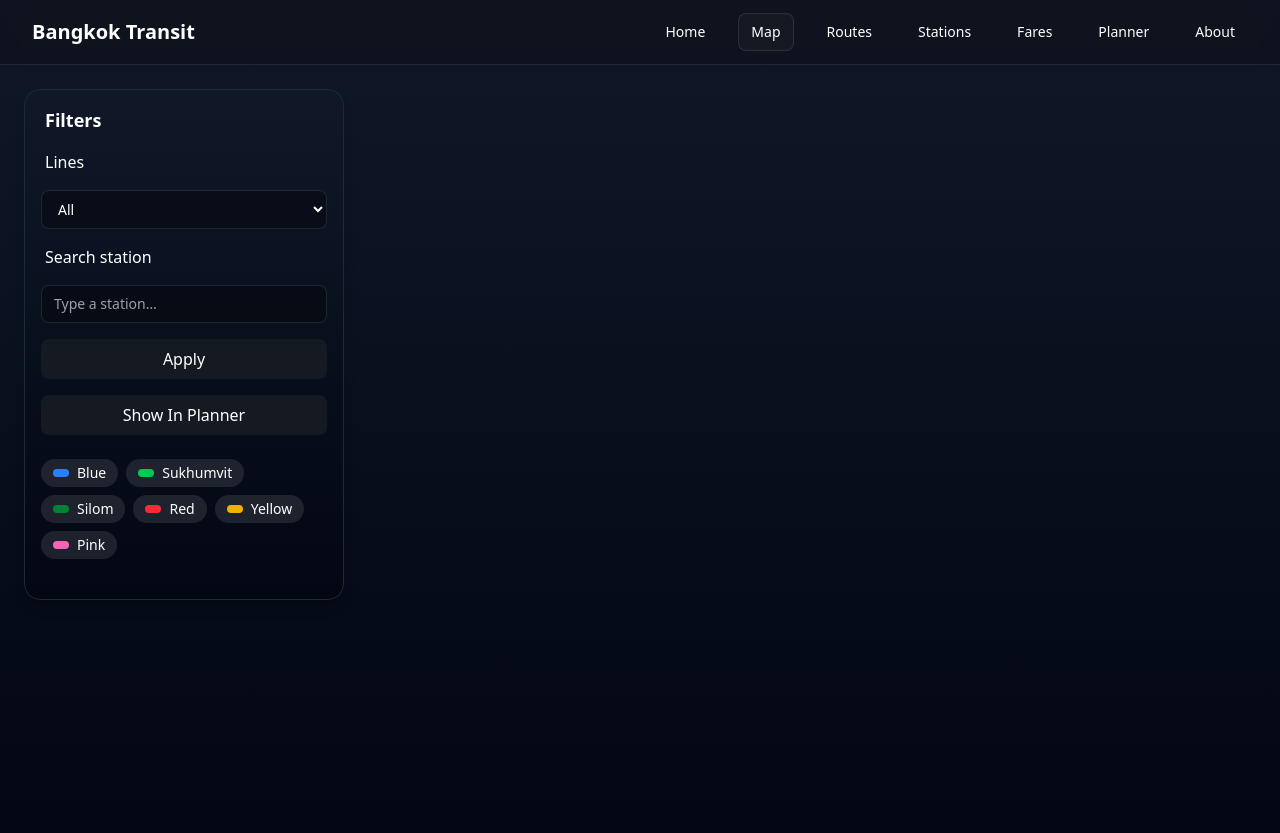
Repository: pyaestk/Bangkok-transit-map
Page: /map
An editor plug-in stored every save of this project. The page is shown before and after the next save, followed by the edit.
The browser window is 1280 px wide. The pictures show the whole page.
The project was rebuilt for these pictures with package versions that can differ from the ones it lists, and the page was loaded fresh each time. Also part of the build but not shown: vite.config.ts, src/pages/Home.tsx, src/pages/Planner.tsx, src/pages/Stations.tsx, src/pages/TrainRoutes.tsx, src/pages/Fares.tsx, src/pages/About.tsx.

Above is the page before, as saved 2025-10-04 10:32:01.

### index.html
<!doctype html>
<html lang="en">
  <head>
    <meta charset="UTF-8" />
    <link rel="icon" type="image/svg+xml" href="/vite.svg" />
    <meta name="viewport" content="width=device-width, initial-scale=1.0" />
    <title>bangkok-transit-map</title>
  </head>
  <body>
    <div id="root"></div>
    <script type="module" src="/src/main.tsx"></script>
  </body>
</html>

### src/main.tsx
import { StrictMode } from 'react'
import { createRoot } from 'react-dom/client'
import './index.css'
import App from './App.tsx'
import { BrowserRouter as Router } from 'react-router'

createRoot(document.getElementById('root')!).render(
  <StrictMode>
    <Router>
      <App />
    </Router>
  </StrictMode>,
)

### src/App.tsx
import "./App.css";
import NavBar from "./component/NavBar";
import { Routes, Route } from "react-router-dom";
import Home from "./pages/Home";
import Map from "./pages/Map";
import Planner from "./pages/Planner";
import Stations from "./pages/Stations";
import TrainRoutes from "./pages/TrainRoutes";
import Fares from "./pages/Fares";
import About from "./pages/About";


function App() {
  return (
    <div className="min-h-screen flex flex-col bg-gradient-to-b from-gray-900 to-gray-950">
      {/* Navbar at the top */}
      <NavBar />

      {/* Main content area */}
      <main className="flex-1 p-6">
        <Routes>
          <Route
            path="/"
            element={ <Home/> }
          />
          <Route
            path="/map"
            element={ <Map/> }
          />
          <Route
            path="/planner"
            element={ <Planner/>}
          />
          <Route
            path="/routes"
            element={<TrainRoutes/>}
          />
          <Route
            path="/stations"
            element={<Stations/>}
          />
          <Route
            path="/fares"
            element={<Fares/>}
          />
          <Route
            path="/about"
            element={<About/>}
          />
        </Routes>
      </main>
    </div>
  );
}

export default App;

### src/App.css
@import "tailwindcss";

:root {
  background: #0a0a0a;
}

### src/component/NavBar.tsx
import { NavLink } from "react-router-dom";
import { useState } from "react";

function NavBar() {
  const [open, setOpen] = useState(false);

  const baseClasses =
    "px-3 py-2 text-sm border border-transparent block text-center";
  const inactiveClasses = "text-white transition-colors";
  const activeClasses = "bg-[#151922] border rounded-lg text-white border-white/10";

  const links = [
    { to: "/", label: "Home" },
    { to: "/map", label: "Map" },
    { to: "/routes", label: "Routes" },
    { to: "/stations", label: "Stations" },
    { to: "/fares", label: "Fares" },
    { to: "/planner", label: "Planner" },
    { to: "/about", label: "About" },
  ];

  return (
    <nav className="sticky top-0 z-50 bg-[#0a0a0a4d] border-b border-white/10 backdrop-blur-[8px]">
      <div className="max-w-7xl mx-auto px-4 sm:px-6 lg:px-8">
        <div className="flex items-center justify-between h-16">
          {/* Left side (Logo / Brand) */}
          <div className="flex-shrink-0 text-white text-xl font-bold">
            Bangkok Transit
          </div>

          {/* Desktop links */}
          <div className="hidden md:flex space-x-5">
            {links.map((l) => (
              <NavLink
                key={l.to}
                to={l.to}
                className={({ isActive }) =>
                  `${baseClasses} ${isActive ? activeClasses : inactiveClasses}`
                }
              >
                {l.label}
              </NavLink>
            ))}
          </div>

          {/* Mobile hamburger button */}
          <div className="md:hidden">
            <button
              aria-label="Toggle menu"
              onClick={() => setOpen((s) => !s)}
              className="inline-flex items-center justify-center p-2 rounded-md text-white hover:bg-white/5 focus:outline-none focus:ring-2 focus:ring-white"
            >
              <span className="sr-only">Open main menu</span>
              {/* Hamburger / X icon */}
              <svg
                className={`h-6 w-6 ${open ? "hidden" : "block"}`}
                xmlns="http://www.w3.org/2000/svg"
                fill="none"
                viewBox="0 0 24 24"
                strokeWidth={2}
                stroke="currentColor"
                aria-hidden="true"
              >
                <path
                  strokeLinecap="round"
                  strokeLinejoin="round"
                  d="M3 6h18M3 12h18M3 18h18"
                />
              </svg>
              <svg
                className={`h-6 w-6 ${open ? "block" : "hidden"}`}
                xmlns="http://www.w3.org/2000/svg"
                fill="none"
                viewBox="0 0 24 24"
                strokeWidth={2}
                stroke="currentColor"
                aria-hidden="true"
              >
                <path
                  strokeLinecap="round"
                  strokeLinejoin="round"
                  d="M6 18L18 6M6 6l12 12"
                />
              </svg>
            </button>
          </div>
        </div>
      </div>

      {/* Mobile menu, shown when open is true */}
      <div className={`md:hidden ${open ? "block" : "hidden"} `}>
        <div className="px-2 pt-2 pb-3 space-y-1">
          {links.map((l) => (
            <NavLink
              key={l.to}
              to={l.to}
              onClick={() => setOpen(false)}
              className={({ isActive }) =>
                `${baseClasses} ${isActive ? activeClasses : inactiveClasses}`
              }
            >
              {l.label}
            </NavLink>
          ))}
        </div>
      </div>
    </nav>
  );
}

export default NavBar;

### src/pages/Map.tsx
import FiltersCard from "../component/FiltersCard";

export default function Map() {
  return (
    <div className="min-h-screen">
      <FiltersCard/>
    </div>
  )
}

### src/component/FiltersCard.tsx
export default function FiltersCard() {
  return (
    <div className="p-4 rounded-2xl bg-gradient-to-b from-gray-900 to-gray-950 border border-gray-800 shadow-lg w-80 text-white">
      <h2 className="text-lg font-bold mb-4 mx-1">Filters</h2>

      {/* Lines */}
      <label className="block my-4 mx-1">Lines</label>
      <select className="w-full px-3 py-2 rounded-lg bg-black/30 border border-white/10 focus:outline-none text-sm">
        <option>All</option>
        <option>Blue</option>
        <option>Red</option>
        <option>Yellow</option>
      </select>

      {/* Search station */}
      <label className="block my-4 mx-1">Search station</label>
      <input
        type="text"
        placeholder="Type a station…"
        className="w-full text-sm px-3 py-2 rounded-lg bg-black/30 border border-white/10 placeholder-gray-400 focus:outline-none"
      />

      {/* Buttons */}
      <div className="flex flex-col space-y-4 mt-4">
        <button className="px-4 py-2 rounded-lg bg-[#151922] text-white hover:bg-white/10">Apply</button>
        <button className="px-4 py-2 rounded-lg bg-[#151922] text-white hover:bg-white/10">Show In Planner</button>
      </div>

      {/* Line Pills */}
      <div className="flex flex-wrap gap-2 my-6 text-sm">
        <span className="flex items-center px-3 py-1 rounded-full bg-white/10">
          <span className="w-4 h-2 rounded-full bg-blue-500 mr-2"></span>
          Blue
        </span>
        <span className="flex items-center px-3 py-1 rounded-full bg-white/10">
          <span className="w-4 h-2 rounded-full bg-green-500 mr-2"></span>
          Sukhumvit
        </span>
        <span className="flex items-center px-3 py-1 rounded-full bg-white/10">
          <span className="w-4 h-2 rounded-full bg-green-700 mr-2"></span>
          Silom
        </span>
        <span className="flex items-center px-3 py-1 rounded-full bg-white/10">
            <span className="w-4 h-2 rounded-full bg-red-500 mr-2"></span> Red
        </span>
        <span className="flex items-center px-3 py-1 rounded-full bg-white/10">
            <span className="w-4 h-2 rounded-full bg-yellow-500 mr-2"></span> Yellow
        </span>
        <span className="flex items-center px-3 py-1 rounded-full bg-white/10">
            <span className="w-4 h-2 rounded-full bg-pink-400 mr-2"></span> Pink
        </span>
      </div>
    </div>
  )
}

Loaded but not shown: src/index.css (common file)

After the next save:
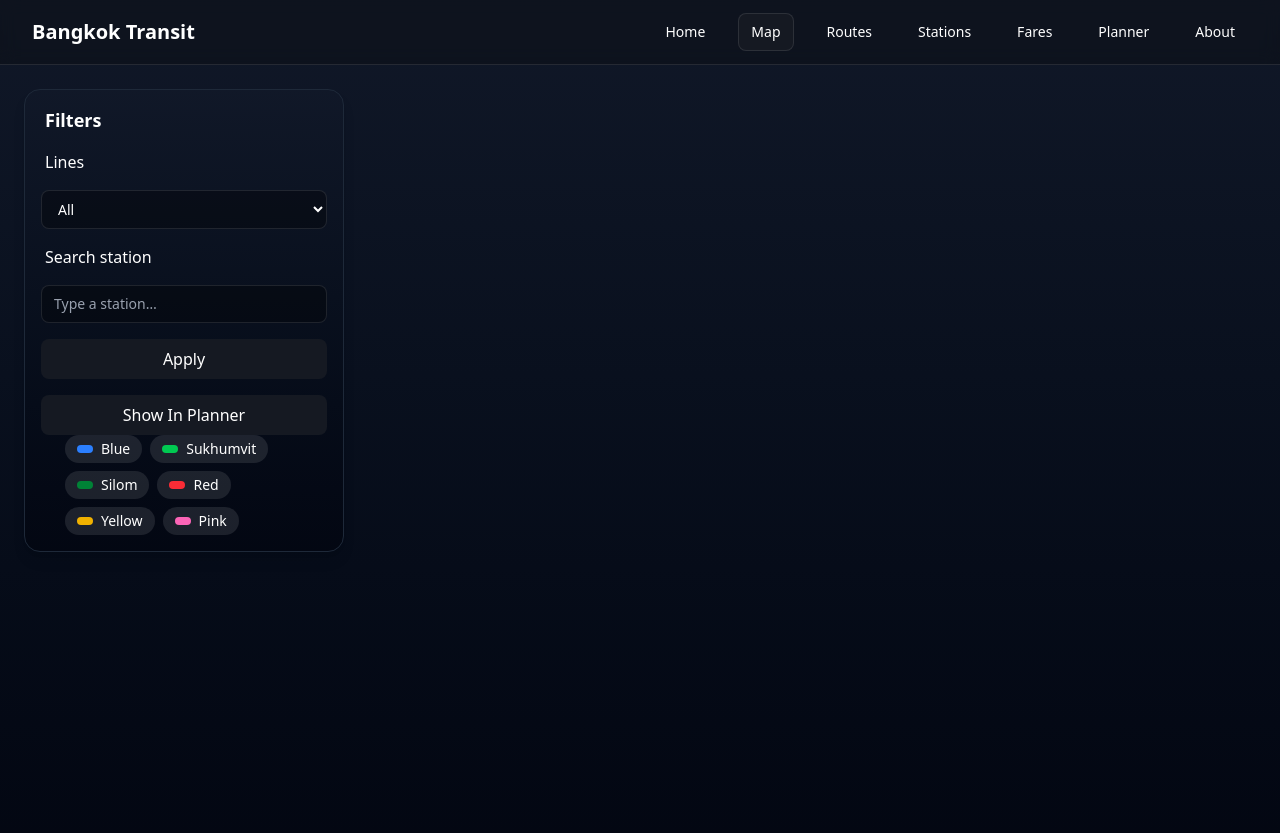
Saved 6 s later.
--- a/src/component/FiltersCard.tsx
+++ b/src/component/FiltersCard.tsx
@@ -27,7 +27,7 @@
       </div>
 
       {/* Line Pills */}
-      <div className="flex flex-wrap gap-2 my-6 text-sm">
+      <div className="flex flex-wrap gap-2 mx-6 text-sm">
         <span className="flex items-center px-3 py-1 rounded-full bg-white/10">
           <span className="w-4 h-2 rounded-full bg-blue-500 mr-2"></span>
           Blue

After the save that followed:
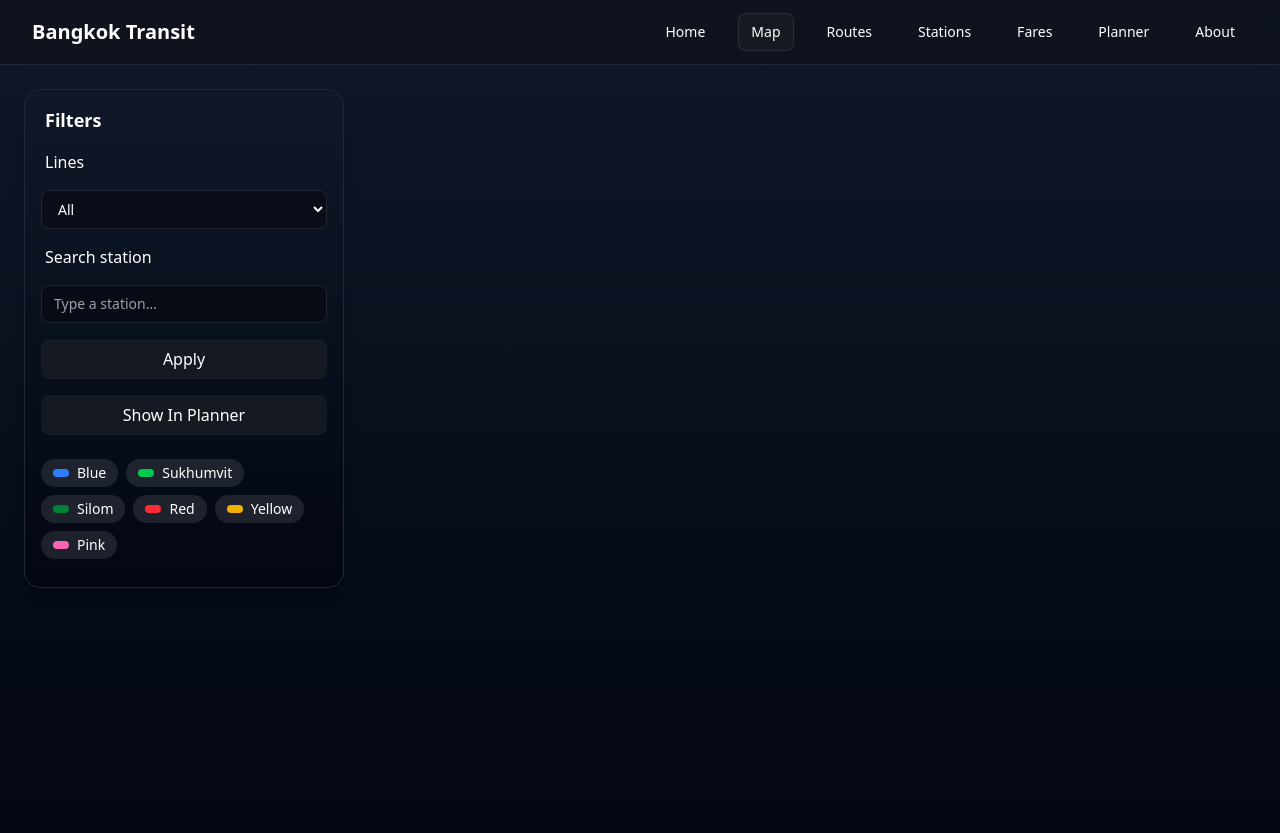
Saved 9 s later.
--- a/src/component/FiltersCard.tsx
+++ b/src/component/FiltersCard.tsx
@@ -27,7 +27,7 @@
       </div>
 
       {/* Line Pills */}
-      <div className="flex flex-wrap gap-2 mx-6 text-sm">
+      <div className="flex flex-wrap gap-2 mt-6 mb-3 text-sm">
         <span className="flex items-center px-3 py-1 rounded-full bg-white/10">
           <span className="w-4 h-2 rounded-full bg-blue-500 mr-2"></span>
           Blue
